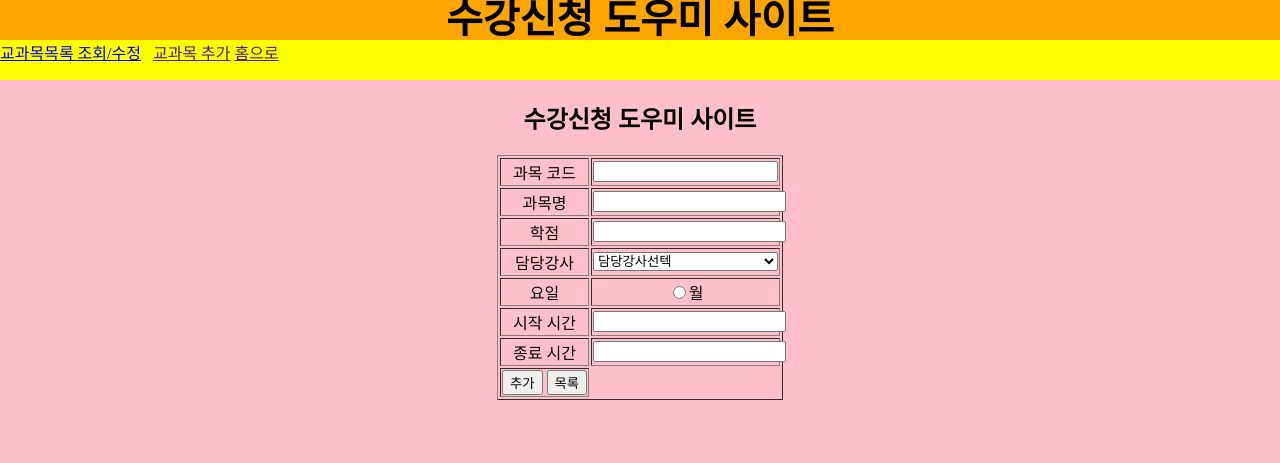
Repository: minjun223/EIP_Study
Page: http://localhost/HRD_2201/insert.jsp
An editor plug-in stored every save of this project. The page is shown before and after the next save, followed by the edit.
The browser window is 1280 px wide. The pictures show the whole page.
The page is served by Tomcat 9. Other server files are loaded and not shown.

Above is the page before, as saved 2023-02-11 12:24:37.

### 수강신청/HRD_2201/src/main/webapp/insert.jsp
<%@ page language="java" contentType="text/html; charset=UTF-8"
    pageEncoding="UTF-8"%>
<!DOCTYPE html>
<html>
<head>
<meta charset="UTF-8">
<title>Insert title here</title>
</head>
<body>
<jsp:include page="header.jsp"></jsp:include>
<section style="position:fixed; top:80px; left:0px; text-align:center; width:100%; height:100%; background-color:pink">
<h2 style="text-align:center">수강신청 도우미 사이트</h2>
	<form style="display:flex; justify-content:center; align-item:center; text-align:center">
		<table border="1">
			<tr>
				<td>과목 코드</td>
				<td><input type="text"></td>
			</tr>
			<tr>
				<td>과목명</td>
				<td><input type="text" style="width:100%;"></td>
			</tr>
			<tr>
				<td>학점</td>
				<td><input type="text" style="width:100%;"></td>
			</tr>
			<tr>
				<td>담당강사</td>
				<td>
				<select name=""style="width:100%;">
					<option value="">담당강사선텍</option>
					<option value="1">김교수</option>
					<option value="2">이교수</option>
					<option value="3">박교수</option>
					<option value="4">우교수</option>
					<option value="5">최교수</option>
					<option value="6">임교수</option>
				</select>
				</td>
			</tr>
			<tr>
				<td>요일</td>
				<td>
				<input type="radio"value="1">월

				</td>
			</tr>
			<tr>
				<td>시작 시간</td>
				<td><input type="text"style="width:100%;"></td>
			</tr>
			<tr>
				<td>종료 시간</td>
				<td><input type="text"style="width:100%;"></td>
			</tr>
			<tr>
				<td style="text-align:center;width:100%">
					<input type="button" value="추가">
					<input type="button" value="목록">
				</td>
			</tr>
		</table>
	</form>
</section>
<jsp:include page="header.jsp"></jsp:include>
</body>
</html>

### 수강신청/HRD_2201/src/main/webapp/header.jsp
<%@ page language="java" contentType="text/html; charset=UTF-8"
    pageEncoding="UTF-8"%>
<!DOCTYPE html>
<html>
<head>
<meta charset="UTF-8">
<title>Insert title here</title>
</head>
<body>
<header style="position:fixed; top:0px; height:40px; line-height:40px; left:0px; width:100%; background-color:orange; text-align:center; font-size:40px">
<b>수강신청 도우미 사이트</b></header>
<nav style="position:fixed; top:40px; height:40px; line-heignt:40px; left:0px;width:100%; pedding-left:20px; background-color:yellow">
	<a href="insert.jsp">교과목목록 조회/수정</a>&nbsp;&nbsp;
	<a href="">교과목 추가</a>
	<a href="">홈으로</a>
</nav>
</body>
</html>

After the next save:
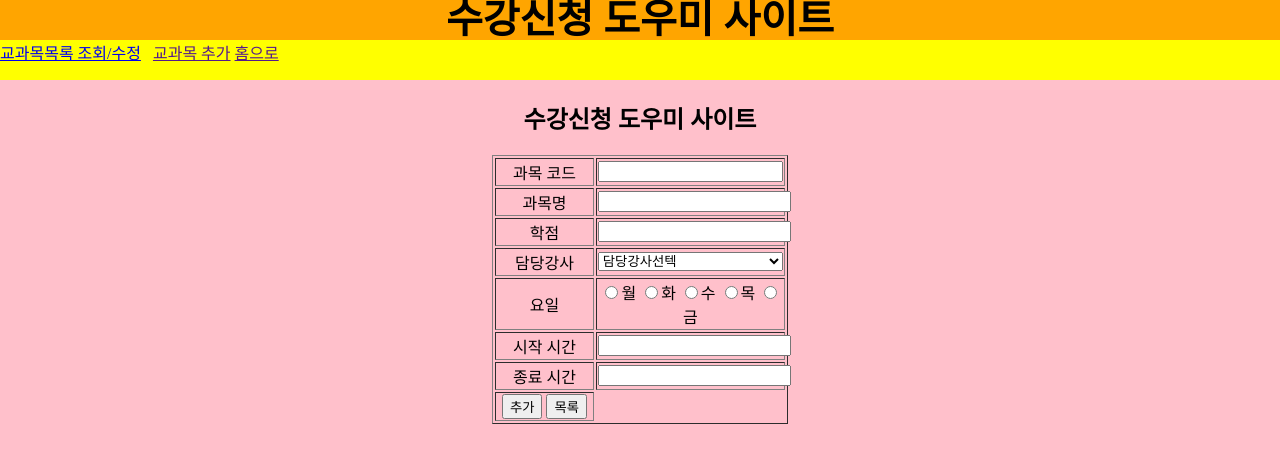
Saved 1 s later.
--- a/수강신청/HRD_2201/src/main/webapp/insert.jsp
+++ b/수강신청/HRD_2201/src/main/webapp/insert.jsp
@@ -42,7 +42,10 @@
 				<td>요일</td>
 				<td>
 				<input type="radio"value="1">월
-
+				<input type="radio"value="2">화
+				<input type="radio"value="3">수
+				<input type="radio"value="4">목
+				<input type="radio"value="5">금
 				</td>
 			</tr>
 			<tr>
